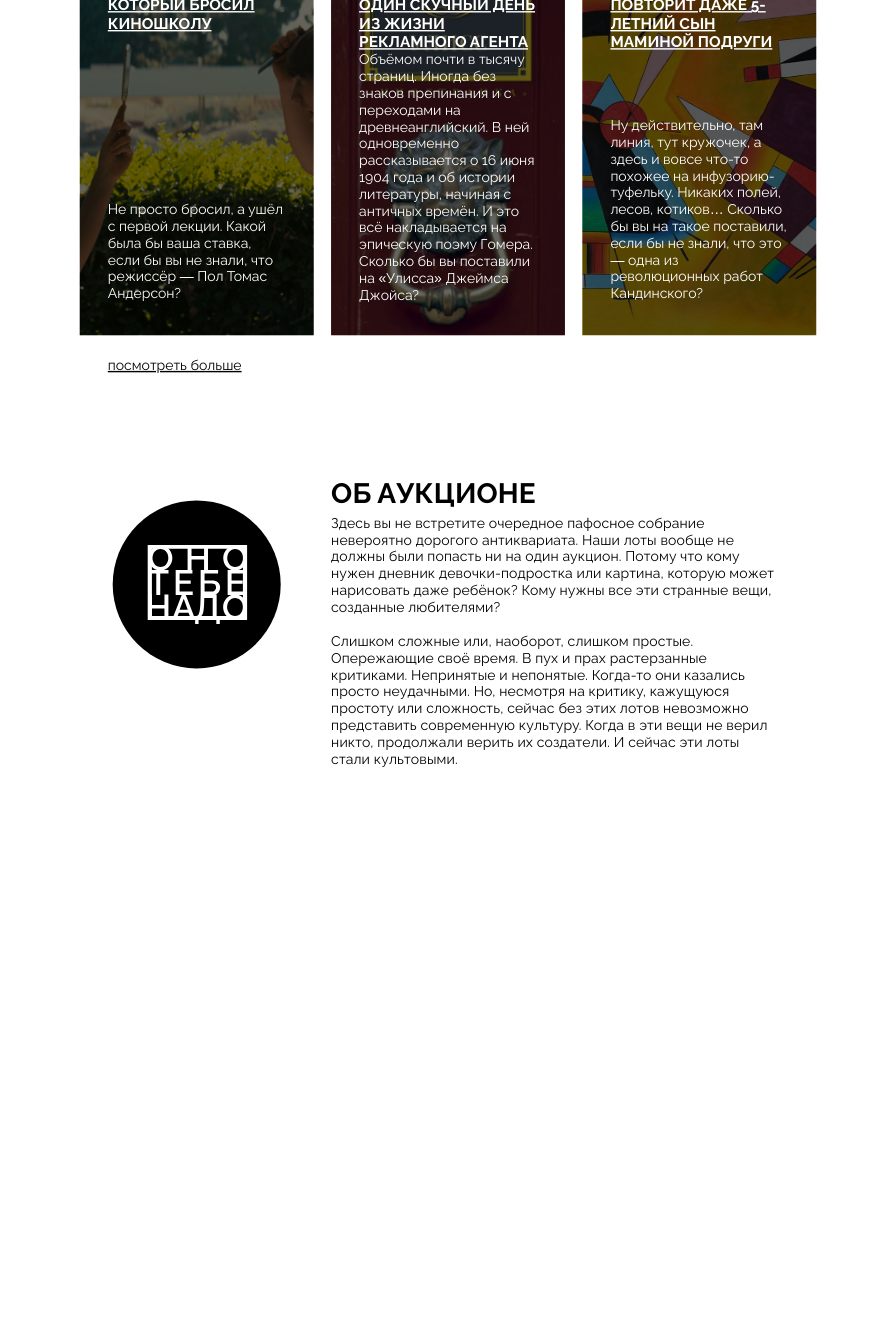
Repository: Smoyki/ono-tebe-nado
Page: index.html
An editor plug-in stored every save of this project. The page is shown before and after the next save, followed by the edit.
The browser window is 1280 px wide. The pictures show the part of the page from y = 1387 to 3307 px (the page is 4626 px tall), at 70% of full size.

Above is the page before, as saved 2024-04-16 22:28:12.

### index.html
<!DOCTYPE html>
<html lang="ru">
  <head>
    <meta charset="UTF-8" />
    <meta http-equiv="X-UA-Compatible" content="IE=edge" />
    <meta name="viewport" content="width=device-width, initial-scale=1.0" />
    <title>Оно тебе надо — аукцион вещей, в которые никто не верил!</title>
    <link rel = "stylesheet" href="./fonts/fonts.css" />
    <link rel = "stylesheet" href="./styles/global.css" />
    <link rel = "stylesheet" href="./styles/style.css" />
  </head>
  <body>
    <div class="wrapper">
    <header class= "header">
      <nav class="header__menu">
        <ul class = "header__links-list">
          <li class ="header__links-list-item_no-bullit"><a class ="header__link" href="#">главная</a></li>
          <li class ="header__links-list-item"><a class ="header__link_active" href="#">посмотреть лоты</a></li>
          <li class ="header__links-list-item"><a class ="header__link_active" href="#">об аукционе</a></li>
        </ul>
      </nav>
        <a class="header__logo" ><img alt ='Логотип' class="header__logo-image" src="./images/logo-black.svg"/></a>
      <address class ="address header__address">
        <a class ='address__item'  href="tel:+99995555555">+9 999 555 5555</a>
        <a class ='address__item'  href="mailto:info@sobaka.ge">info@sobaka.ge</a>
        <p class="address__address-text" >
          наб. Принсенграхт 263-<br />265, Амстердам
        </p>
      </address>
    </header>
    <main class ="main_sections">
      <section class="cover content-section">
        <div class="overlay">
          <h1 class="cover__title">
            <span class="aligned-text">о<span class="letter-spacing-extended">но</span></span>
            <span class="aligned-text aligned-text_center">те<span class="letter-spacing-extended">бе</span></span>
            <span class="aligned-text aligned-text_right"><span class="letter-spacing-extended">н</span>ад<span class="remove-spacing">о</span></span>
          </h1>
          <div class="cover__description">
            <p class="cover__description-text">
              Аукцион вещей, в которые никто не верил
            </p>
            <button class="bet-button">Сделать ставку</button>
          </div>
        </div>
      </section>
      <section class="lots">
        <h2 class="lots__heading">Лоты</h2>
        <ul class="lots__card-list">
          <li class="lots__card-list-item">
            <a class="card-link" href="#0">
              <article class="card card_type_film">
                <div class="overlay">
                <h3 class="card__title">
                  Фильм режиссёра, который бросил киношколу
                </h3>
                <p class="card__text">
                  Не просто бросил, а ушёл с первой лекции. Какой была бы ваша
                  ставка, если бы вы не знали, что режиссёр — Пол Томас
                  Андерсон?
                </p>
              </div>
              </article>
            </a>
          </li>
          <li class="lots__card-list-item">
            <a class="card-link" href="#0">
              <article class="card card_type_book">
                <div class="overlay">
                <h3 class="card__title">
                  Книга, где описан один скучный день из жизни рекламного агента
                </h3>
                <p class="card__text">
                  Объёмом почти в тысячу страниц. Иногда без знаков препинания и
                  с переходами на древнеанглийский. В ней одновременно
                  рассказывается о 16 июня 1904 года и об истории литературы,
                  начиная с античных времён. И это всё накладывается на
                  эпическую поэму Гомера. Сколько бы вы поставили на «Улисса»
                  Джеймса Джойса?
                </p>
              </div>
              </article>
            </a>
          </li>
          <li class="lots__card-list-item">
            <a class="card-link" href="#0">
              <article class="card card_type_picture">
                <div class="overlay">
                <h3 class="card__title">
                  Картина, которую повторит даже 5-летний сын маминой подруги
                </h3>
                <p class="card__text">
                  Ну действительно, там линия, тут кружочек, а здесь и вовсе
                  что-то похожее на инфузорию-туфельку. Никаких полей, лесов,
                  котиков… Сколько бы вы на такое поставили, если бы не знали,
                  что это — одна из революционных работ Кандинского?
                </p>
              </div>
              </article>
            </a>
          </li>
        </ul>
        <a class="lots__look-more-link text-link" href="#0">посмотреть больше</a>
      </section>
      <section class="about content-section">
          <div class="logo__container">
          <div class="about__logo">
            <img
              class="about__logo-image"
              src="./images/logo-white.svg"
              alt="Логотип проекта"
            />
          </div>
        </div>
        <div class="second__column__text">
          <div class="about__column_text">
            <h2 class="about__title">Об аукционе</h2>
            <div class="about__text">
              <p>
                Здесь вы не встретите очередное пафосное собрание невероятно
                дорогого антиквариата. Наши лоты вообще не должны были попасть ни
                на один аукцион. Потому что кому нужен дневник девочки-подростка
                или картина, которую может нарисовать даже ребёнок? Кому нужны все
                эти странные вещи, созданные любителями?
              </p>
              <p>
                Слишком сложные или, наоборот, слишком простые. Опережающие своё
                время. В пух и прах растерзанные критиками. Непринятые и
                непонятые. Когда-то они казались просто неудачными. Но, несмотря
                на критику, кажущуюся простоту или сложность, сейчас без этих
                лотов невозможно представить современную культуру. Когда в эти
                вещи не верил никто, продолжали верить их создатели. И сейчас эти
                лоты стали культовыми.
              </p>
            </div>
          </div>
        </div>
      </section>
    </main>
      <footer class = 'footer'>
        <address class ="address_footer">
          <a class ='address__item'  href="tel:+99995555555">+9 999 555 5555</a>
          <a class ='address__item'  href="mailto:info@sobaka.ge">info@sobaka.ge</a>
          <p class="address__address-text" >
            наб. Принсенграхт 263-<br />265, Амстердам
          </p>
        </address>
        <nav class="footer__menu">
          <ul class = "footer__menu-list">
            <li class ="footer__menu-list-item"><a class ="footer__menu-link_active" href="#">главная</a></li>
            <li class ="footer__menu-list-item"><a class ="footer__menu-link" href="#">посмотреть лоты</a></li>
            <li class ="footer__menu-list-item"><a class ="footer__menu-link" href="#">об аукционе</a></li>
          </ul>
        </nav>
        <ul class = "footer__social-list">
          <li class ="footer__social-list-item"><a class ="footer__social-link" href="#"><img class="footer__social-icon" src="./images/yt.svg" alt="Иконка"></a></li>
          <li class ="footer__social-list-item"><a class ="footer__social-link" href="#"><img class="footer__social-icon" src="./images/vk.svg" alt="Иконка"></a></li>
          <li class ="footer__social-list-item"><a class ="footer__social-link" href="#"><img class="footer__social-icon" src="./images/pinterest.svg" alt="Иконка"></a></li>
        </ul>
      </footer>
    </div>
  </body>
</html>

### styles/style.css
.main_sections {
  flex-direction: column;
  display: flex;
}

.content-section {
  margin: auto 0;
  width: 100%;
}

.header {
  max-width: 1052px;
  margin: auto;
  padding: 92px 24px 92px 19px; /* Эти не трогать */
  display: grid;
  grid-template-columns: 2fr 1fr 2fr;
  justify-content: space-around;
  justify-items: center;
  align-items: center;
}

.header__links-list {
  display: flex;
  flex-direction: row;
  gap: 34px;
  list-style: none;
  font-size: 18px;
  line-height: 21px;
  flex-wrap: nowrap;
}

.header__menu {
  max-width: 392px;
}

.header__links-list-item {
  list-style: circle;
}

.header__links-list-item_no-bullit {
  list-style: none;
}

.header__link {
  font-size: 18px;
  text-decoration:none;
}

.header__link_active {
  /* text-decoration:underline; */
  text-decoration:none;
}

.header__logo {
  display:block;
  justify-self: center;
  align-self: center;
  width: fit-content;
  height: fit-content;
}

.header__logo-image {
  width: 148px;
  height: 105px;
  margin: auto;
}

.address {
  max-width: 241px;  /* max-width текст плывет */
  display: flex;
  flex-direction: column;
  font-size: 18px;
  font-style: normal;
  justify-self: end;
  line-height: 135%;
  padding: 0px 38px 0px 0px;
}

.header__address {
  display: flex;
  justify-self: end;
}

.address__item {
  display: flex;
  text-underline-position: under;
}

.cover {
  position: relative;
  padding: 0px 0px 0px 0px; /* Эти отступы не трогать спросить */
  background-image: url(../images/cover.jpg);
  background-position:center;
  background-repeat: no-repeat;
  max-width:1100px;
  background-size: cover;
  height: 757px;
}

.overlay {
  position: absolute;
  top: 0;
  left: 0;
  z-index: 1;
  width: 100%;
  height: 100%;
  background: rgba(0, 0, 0, 0.6);
  padding: 165px 50px 51px 50px;
}

.cover__title {
  position: relative;
  z-index: 1;
  line-height: 1.15;
  letter-spacing: 30px;
  text-transform: uppercase;
  display: flex;
  flex-direction: column;
  gap: 20px;
  color: #FFF;
  font-weight: bold;
  font-size: 100px;

}

.aligned-text {
  display: block;
}

.aligned-text_center {
  line-height: 1;
  text-align: center;
}

.aligned-text_right {
  line-height: 1;
  text-align: right;
}

.letter-spacing-extended {
  letter-spacing: 60px;
}

.remove-spacing {
  letter-spacing: normal;
}

.cover__description {
  position: relative;
  z-index: 1;
  display: flex;
  justify-content: flex-end;
  align-items: center;
  gap: 79px;
  padding: 135px 0px 0px 0px;
}

.cover__description-text {
  color: #FFF;
  font-size: 22px;
  line-height: 1.27;
  text-transform: uppercase;
  word-spacing: 18px;
}

.bet-button {
  border: 1px #FFF solid;
  padding: 12px 32px;
  color: #FFF;
  font-family: 'Raleway', sans-serif;
  font-weight: normal;
  font-size: 22px;
  line-height: 26px;
  text-transform: uppercase;
  background-color: transparent;
  cursor: pointer;
}

.bet-button:hover {
  color: #000000;
  background-color: #FFF;
}


.lots {
  padding:179px 24px 146px 24px;  /* Нет трогатб*/
 }

 .lots__heading {
  text-transform: uppercase;
  font-weight: bold;
  font-size: 40px;
  padding: 0px 891px 27px 40px;
  line-height: 47px;
  font-weight: 700;
  width: 563px;

}

.lots__card-list {
  display: flex;
  gap: 25px; /* меняю на gap с column-gap с 15px на 25px*/
  list-style: none;
  flex-wrap: wrap; /* меняю на wrap с nowrap */
}

.lots__card-list-item {  /* Исправил */
  flex-grow:1;
  width: max-content;
}

.card_link {
  display: block;
  height: 100%;
  text-decoration: none;
}

.card {
  display: block;
  position: relative;
  max-width:334px;
  min-height:563px;
  background-repeat: no-repeat;
  background-size: cover;
  background-position: center;
}

.card__title {
  font-size: 22px;
  line-height: 120%;
  text-decoration-line: underline;
  text-transform: uppercase;
  font-family: "Raleway", sans-serif;
  font-style: normal;
  font-weight: 700;
  color: #FFFFFF;
  z-index: 1;
}

.card__text {
  font-family: "Raleway", sans-serif;
  font-style: normal;
  font-weight: 400;
  font-size: 20px;
  line-height: 120%;
  color: #FFFFFF;
  z-index: 1;
}

.card_type_film {
  background-image: url(../images/card-lot-01.jpg);
}

.card_type_book {
  background-image: url(../images/card-lot-02.jpg);

}

.card_type_picture {
  background-image: url(../images/card-lot-03.jpg);
}

.lots .overlay {
  display: flex;
  position: absolute;
  top: 0;
  left: 0;
  z-index: 1;
  width: 100%;
  height: 100%;
  background: rgba(0, 0, 0, 0.6);
  padding: 51px 40px 48px 40px;
  flex-direction: column;
  justify-content: space-between;
  text-align: left;
}

.lots__look-more-link {
  display: block;
  padding: 32px 820px 0px 40px;
  font-style: normal;
  font-weight: 400;
  font-size: 20px;
  line-height: 23px;
  color: rgba(0, 0, 0);
}


/* Тут начало секции about */
.about {
  display:  grid;
  grid-template-columns: 287px auto;
  padding:0px 24px 0px 24px;
  min-height: 595px;
  max-width: 1052px;
  column-gap:72px;
}

.about__column_text {
  padding-top:
  display: flex;
  height: auto;
  font-family: "Raleway", sans-serif;
  font-style: normal;
  font-weight: 400;
  font-size: 20px;
  line-height: 24px;
  letter-spacing: 0.01em;
  flex-direction: column;
}

.about__logo {
  display: flex;
  justify-content: center;
  align-items: center;
  border-radius: 50%;
  background-color: #000000;
  width: 240px;
  height: 240px;
}

.logo__container {
  display: block;
  position: relative;
  padding:35px 0px 0px 47px;
  width:fit-content;
  height:fit-content;
}

.about__logo-image {
  width: 148px;
  height: 114px;
}

.about__title {
  /* padding: 3px 0px 100px 0px; */
  font-weight: bold;
  font-size: 40px;
  line-height: 47px;
  text-transform: uppercase;
}

.about__text {
  display: flex;
  flex-direction:column;
  gap: 25px;
  text-align:start;
  padding-top: 8px;
  padding-right: 1px;
}

.footer {
  display: flex;
  justify-content: space-between;
  padding: 1800px 50px 88px 50px;
  gap:25px
}

.footer__social-icon {
  width: 48px;
  height: 48px;
}

.address_footer {
  display: flex;
  flex-direction:column;
}

.footer__menu-list {
  display: flex;
  flex-direction: column;
  text-align: center;
  padding:3px 12px 0px 44px;
  font-size: 18px;
  line-height: 21px;
}

.foother__links-list {
  display:flex;
  flex-direction:column;
}

.footer__social-list-item {
  list-style: none;
  font-family: "Raleway", sans-serif;
}

.footer__menu-list-item {
  list-style: none;
  font-family: "Raleway", sans-serif;
}

.footer__menu-link_active {
  text-decoration:none;
}

.footer__social-list {
  display:flex;
  gap: 48px;
  list-style: none;
}

.footer__menu-link {
  font-size: 18px;
  line-height: normal;
  text-underline-position: under;
}

Loaded but not shown: fonts/fonts.css (common file); styles/global.css (common file)

After the next save:
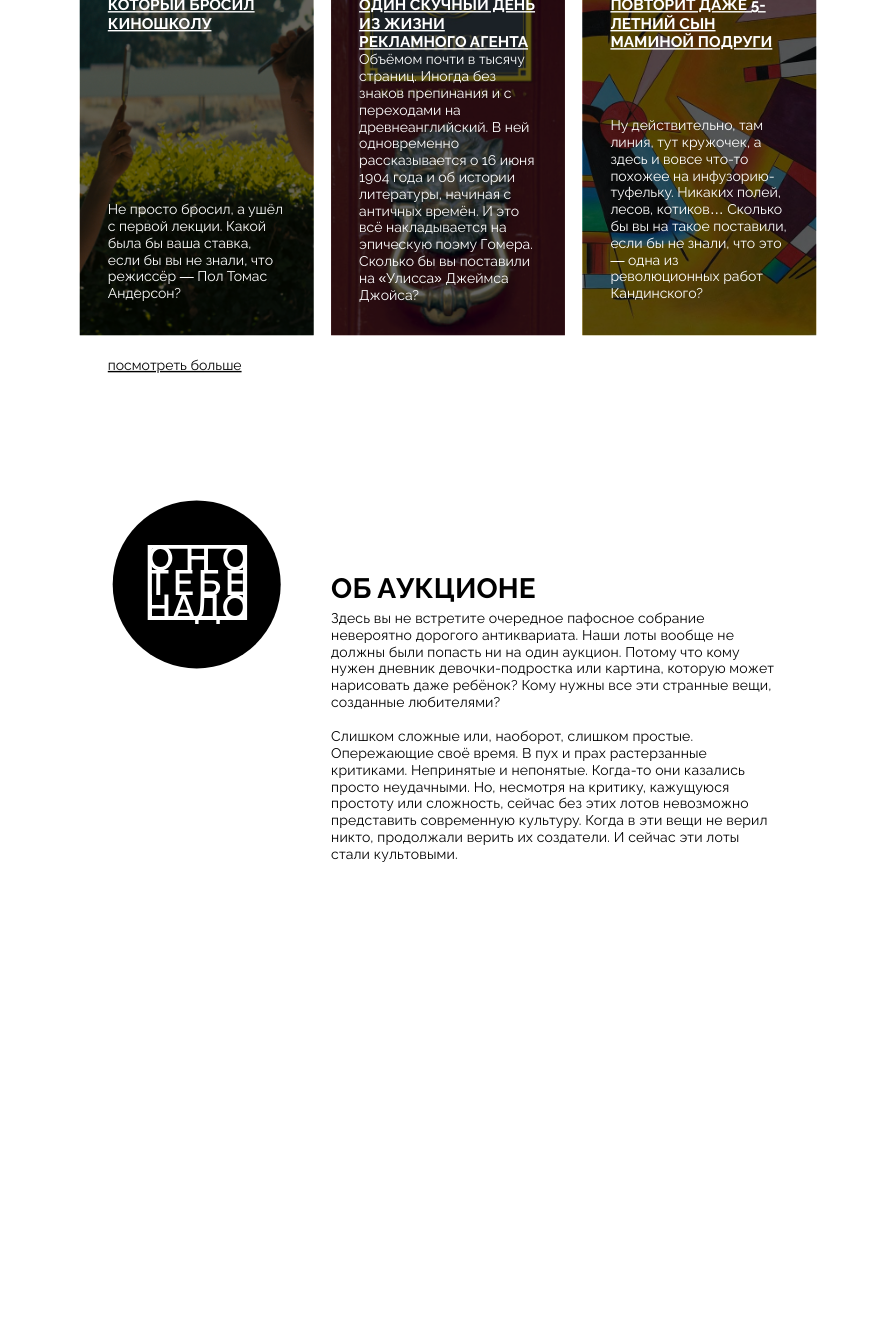
Saved 5 s later.
--- a/styles/style.css
+++ b/styles/style.css
@@ -297,7 +297,7 @@
 }
 
 .about__column_text {
-  padding-top:
+  padding-top:136px;
   display: flex;
   height: auto;
   font-family: "Raleway", sans-serif;
